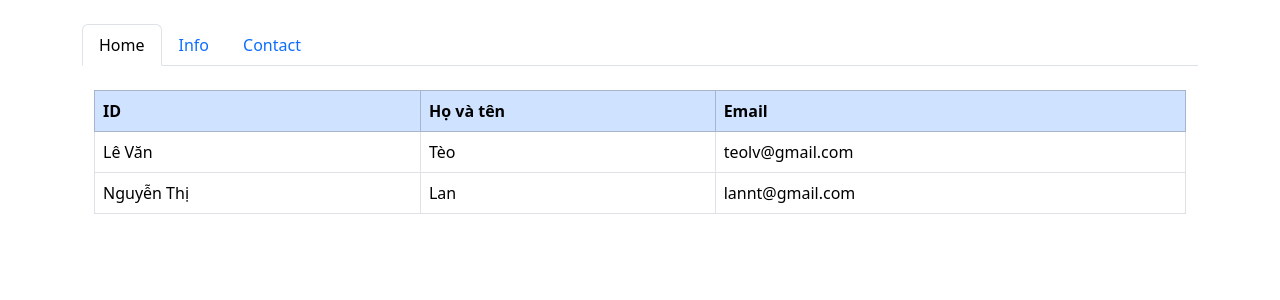
Repository: KizukoHeiwa/SOF308
Page: SOF308Slide2/Tabs copy.html
The author's editor kept a copy of each file at every save. The page is drawn from the files as they stood at one save, then again after the next save.
The browser window is 1280 px wide. The pictures show the whole page.

Above is the page before, as saved 2024-11-05 10:08:09.

After the next save:
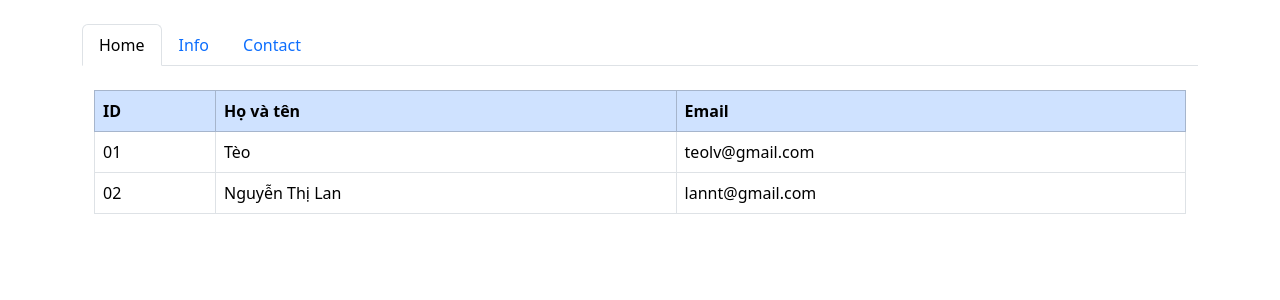
Saved 16 s later.
--- a/SOF308Slide2/Tabs copy.html
+++ b/SOF308Slide2/Tabs copy.html
@@ -38,13 +38,13 @@
             </thead>
             <tbody>
               <tr>
-                <td>Lê Văn</td>
+                <td>01</td>
                 <td>Tèo</td>
                 <td>teolv@gmail.com</td>
               </tr>
               <tr>
-                <td>Nguyễn Thị</td>
-                <td>Lan</td>
+                <td>02</td>
+                <td>Nguyễn Thị Lan</td>
                 <td>lannt@gmail.com</td>
               </tr>
             </tbody>
